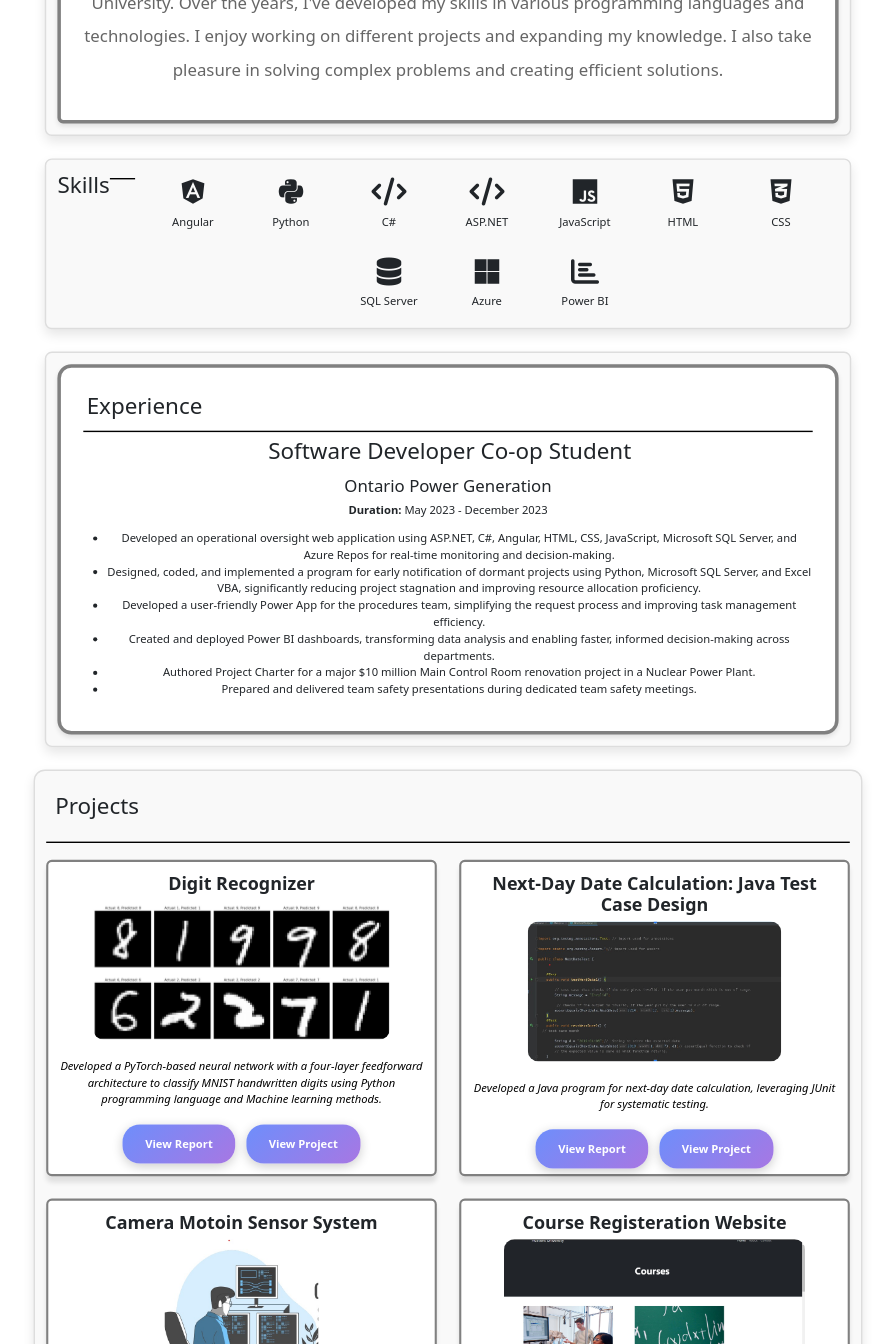
Repository: AkshatKapo/My-Portfolio
Page: /
An editor plug-in stored every save of this project. The page is shown before and after the next save, followed by the edit.
The browser window is 1280 px wide. The pictures show the part of the page from y = 746 to 2666 px (the page is 3126 px tall before and 3226 px after), at 70% of full size.
The project was rebuilt for these pictures with package versions that can differ from the ones it lists, and the page was loaded fresh each time. Also part of the build but not shown: vite.config.js.

Above is the page before, as saved 2024-06-15 16:27:22.

After the next save:
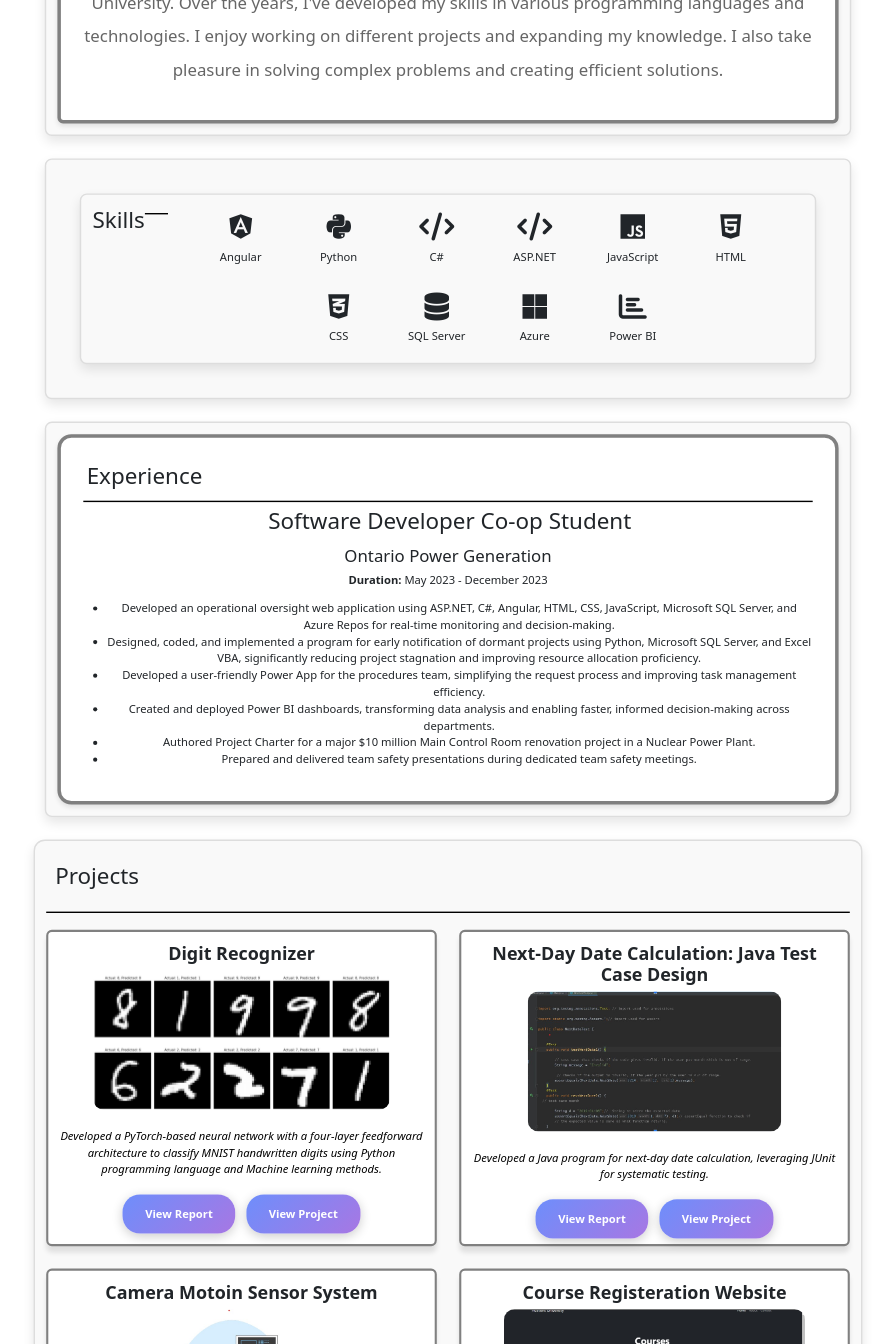
Saved 22 s later.
--- a/src/components/skill.css
+++ b/src/components/skill.css
@@ -1,4 +1,12 @@
 #skills {
+
+    padding: 1rem;
+    display: flex;
+    background-color: #f9f9f9;
+    border: 2px solid #ddd; /* Light border */
+    border-radius: 10px; /* Rounded corners */
+    box-shadow: 0 8px 16px rgba(0, 0, 0, 0.1); /* Shadow for depth */
+    margin: 2rem; /* Margin to ensure it doesn’t touch the edges of the container */
 
 
 }
